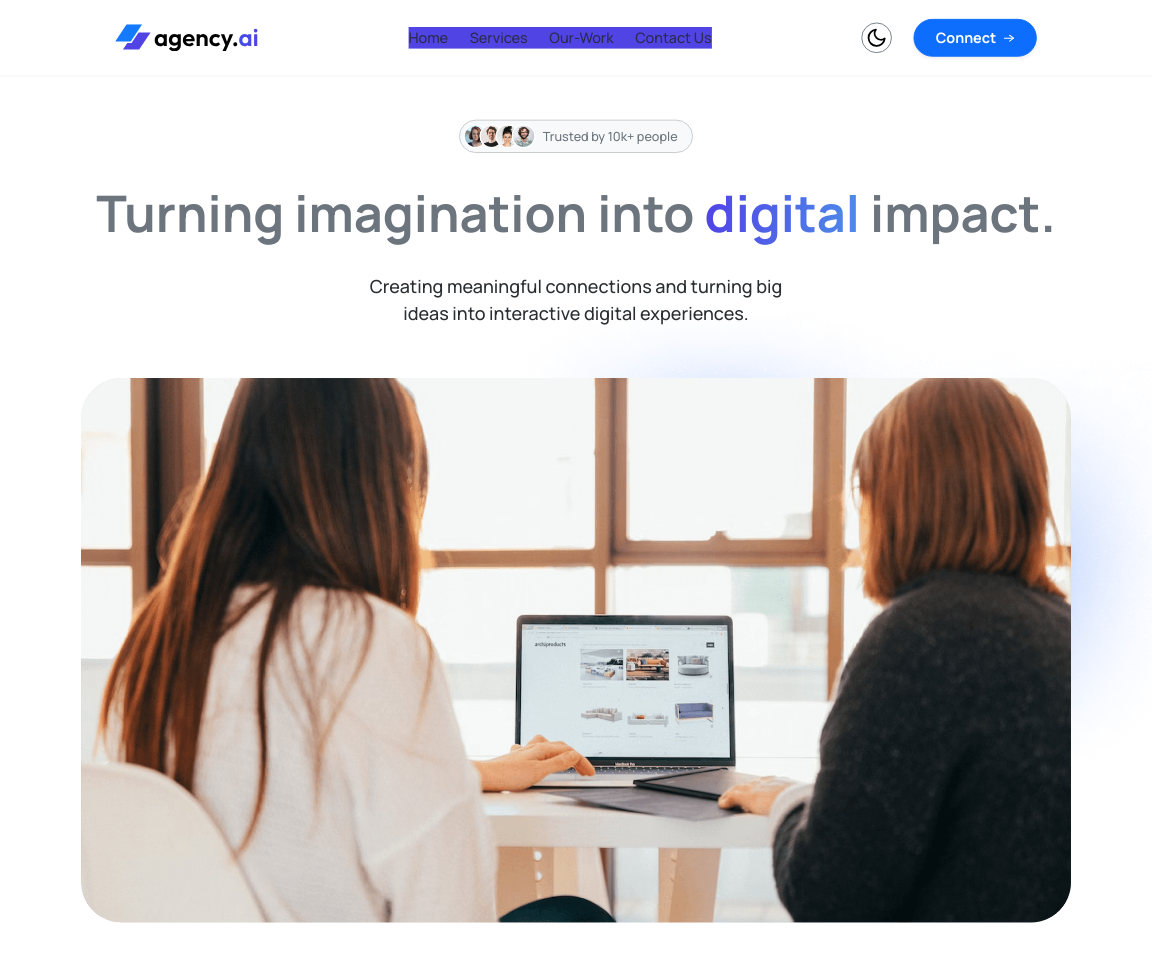
Repository: RAMADAN975/modern-agency-portfolio
Page: /
An editor plug-in stored every save of this project. The page is shown before and after the next save, followed by the edit.
The browser window is 1280 px wide. The pictures show the whole page, at 90% of full size.
The project was rebuilt for these pictures with package versions that can differ from the ones it lists, and the page was loaded fresh each time. Also part of the build but not shown: vite.config.js.

Above is the page before, as saved 2026-03-23 21:17:20.

### index.html
<!doctype html>
<html lang="en">

<head>
  <meta charset="UTF-8" />
  <link rel="icon" type="image/svg+xml" href="/favicon.svg" />
  <meta name="viewport" content="width=device-width, initial-scale=1.0" />
  <title>Agency.AI - GreatStack</title>
</head>

<body>
  <div id="root"></div>
  <script type="module" src="/src/main.jsx"></script>
</body>

</html>

### src/main.jsx
import { StrictMode } from 'react'
import { createRoot } from 'react-dom/client'
import 'bootstrap/dist/css/bootstrap.min.css';
import './index.css'
import App from './App.jsx'

createRoot(document.getElementById('root')).render(
  <StrictMode>
    <App />
  </StrictMode>,
)

### src/index.css
/* 1. الخطوط والأساسيات */
@import url('https://fonts.googleapis.com/css2?family=Josefin+Sans:wght@400;600&family=Manrope:wght@400;500;700&display=swap');

* {
  font-family: "Manrope", sans-serif;
  transition: background-color 0.3s ease, color 0.3s ease;
}

/* 2. تنسيق الـ Navbar العام */
.nav-container {
  padding-left: 5%;
  padding-right: 5%;
  height: 85px;
}

.blur-nav {
  backdrop-filter: blur(15px);
  -webkit-backdrop-filter: blur(15px);
  border-bottom: 1px solid rgba(150, 150, 150, 0.1);
}

/* ألوان الخلفية حسب الثيم (بوتستراب 5.3) */
[data-bs-theme="light"] .blur-nav {
  background-color: rgba(255, 255, 255, 0.85);
}

[data-bs-theme="dark"] .blur-nav {
  background-color: rgba(17, 24, 39, 0.85);
}

/* 3. اللوجو والروابط */
.logo-img {
  width: 8.5rem;
}

@media (min-width: 576px) {
  .logo-img {
    width: 10rem;
  }

  .nav-container {
    padding-left: 10%;
    padding-right: 10%;
  }
}

.nav-link-custom {
  font-weight: 500;
  opacity: 0.8;
  transition: 0.2s;
}

.nav-link-custom:hover {
  opacity: 1;
  color: #5044E5 !important;
}

/* 4. القائمة الجانبية للموبايل (Mobile Sidebar) */
@media (max-width: 575.98px) {
  .mobile-sidebar {
    position: fixed;
    top: 0;
    bottom: 0;
    right: 0;
    height: 100vh;
    z-index: 1050;
    background-color: #5044E5;
    /* لون الـ Primary */
    color: white !important;
    transition: width 0.4s cubic-bezier(0.4, 0, 0.2, 1);
    display: flex;
    flex-direction: column;
    padding-top: 6rem;
  }

  .sidebar-closed {
    width: 0;
    overflow: hidden;
    opacity: 0;
  }

  .sidebar-open {
    width: 260px;
    padding-left: 2.5rem;
    opacity: 1;
  }

  .mobile-sidebar a {
    color: white !important;
    font-size: 1.2rem;
  }
}

/* 1. تنسيق النص المتدرج (Gradient Text) */
.text-gradient {
  background: linear-gradient(to right, #5044E5, #4d8cea);
  -webkit-background-clip: text;
  -webkit-text-fill-color: transparent;
  background-clip: text;
}

/* 2. التحكم في عرض الفقرة الوصفية */
.custom-max-w {
  max-width: 80%;
}

@media (min-width: 576px) {
  .custom-max-w {
    max-width: 512px;
  }
}

/* 3. تنسيق صورة الخلفية المزخرفة (Decoration) */
.hero-bg-decor {
  top: 150px;
  right: -150px;
  z-index: -1;
  width: 600px;
}

@media (min-width: 768px) {
  .hero-bg-decor {
    top: -100px;
    right: -100px;
    width: 800px;
  }
}

/* 4. إخفاء العناصر في الوضع الليلي */
[data-bs-theme="dark"] .d-dark-none {
  display: none !important;
}

/* 5. لون النص في الوضع الليلي */
[data-bs-theme="dark"] .dark-text-white {
  color: white !important;
}

### src/App.jsx
import React, { useState } from 'react'
import Navbar from './Components/navbar'
import Hero from './Components/Hero'

const App = () => {

  const [theme, setTheme] = useState(localStorage.getItem('theme') ? localStorage.getItem('theme') : 'light')

  return (
    <div className='dark:bg-black relative'>
      <Navbar theme={theme} setTheme={setTheme} />
      <Hero />
    </div>
  )
}

export default App

### src/Components/navbar.jsx
import { useState } from 'react'
import assets from '../assets/assets'
import ThemeToggleBtn from './ThemeToggleBtn'

const Navbar = ({ theme, setTheme }) => {
    const [sidebarOpen, setSidebarOpen] = useState(false)

    return (
        <nav className="d-flex justify-content-between align-items-center w-100 sticky-top z-3 blur-nav nav-container">

            {/* اللوجو */}
            <img
                src={theme === 'dark' ? assets.logo_dark : assets.logo}
                className="logo-img"
                alt="Logo"
            />

            {/* القائمة (الروابط) - تتحول لـ Sidebar في الموبايل */}
            <div className={`d-flex flex-column flex-sm-row gap-3 gap-sm-4 align-items-sm-center mobile-sidebar ${!sidebarOpen ? 'sidebar-closed' : 'sidebar-open'}`}>

                {/* زر الإغلاق في الموبايل فقط */}
                <img
                    src={assets.close_icon}
                    alt="close"
                    className="d-sm-none position-absolute"
                    style={{ width: '20px', right: '20px', top: '20px', cursor: 'pointer' }}
                    onClick={() => setSidebarOpen(false)}
                />

                <a onClick={() => setSidebarOpen(false)} href="#" className="text-decoration-none text-reset nav-link-custom">Home</a>
                <a onClick={() => setSidebarOpen(false)} href="#services" className="text-decoration-none text-reset nav-link-custom">Services</a>
                <a onClick={() => setSidebarOpen(false)} href="#our-work" className="text-decoration-none text-reset nav-link-custom">Our-Work</a>
                <a onClick={() => setSidebarOpen(false)} href="#contact-us" className="text-decoration-none text-reset nav-link-custom">Contact Us</a>
            </div>

            {/* الأزرار اليمنى (Toggle + Connect) */}
            <div className="d-flex align-items-center gap-2 gap-sm-4">
                <ThemeToggleBtn theme={theme} setTheme={setTheme} />

                {/* أيقونة المنيو للموبايل */}
                <img
                    src={theme === 'dark' ? assets.menu_icon_dark : assets.menu_icon}
                    alt="menu"
                    onClick={() => setSidebarOpen(true)}
                    className="d-sm-none"
                    style={{ width: '30px', cursor: 'pointer' }}
                />

                <a href="#contact-us" className="btn btn-primary rounded-pill d-none d-sm-flex align-items-center gap-2 px-4 py-2 shadow-sm fw-bold">
                    Connect <img src={assets.arrow_icon} width={12} alt="" />
                </a>
            </div>
        </nav>
    )
}

export default Navbar

### src/Components/Hero.jsx
import React from 'react'
import assets from '../assets/assets'

const Hero = () => {
    return (
        <div id='hero' className="d-flex flex-column align-items-center gap-4 py-5 px-3 px-md-5 text-center w-100 overflow-hidden text-secondary dark-text-white hero-container">

            {/* Trusted Badge */}
            <div className="d-inline-flex align-items-center gap-2 border border-secondary-subtle p-1 pe-3 rounded-pill bg-body-tertiary">
                <img style={{ width: '80px' }} src={assets.group_profile} alt="Profiles" />
                <p className="mb-0 small fw-medium">Trusted by 10k+ people</p>
            </div>

            {/* Heading with Gradient */}
            <h1 className="display-4 fw-bold lh-sm mt-2">
                Turning imagination into <span className="text-gradient">digital</span> impact.
            </h1>

            {/* Description */}
            <p className="lead fw-medium text-secondary-emphasis mx-auto pb-3 custom-max-w">
                Creating meaningful connections and turning big ideas into interactive digital experiences.
            </p>

            {/* Hero Image Section */}
            <div className="position-relative w-100 d-flex justify-content-center">
                <img src={assets.hero_img} alt="Hero" className="img-fluid z-1" style={{ maxWidth: '1100px' }} />

                {/* Background Decor Image */}
                <img
                    src={assets.bgImage1}
                    alt=""
                    className="position-absolute hero-bg-decor d-dark-none"
                />
            </div>

        </div>
    )
}

export default Hero

### src/assets/assets.js
import logo from './logo.svg'
import arrow_icon from './arrow_icon.svg'
import group_profile from './group_profile.png'
import bgImage1 from './bgImage1.png'
import bgImage2 from './bgImage2.png'
import hero_img from './hero_img.png'
import microsoft_logo from './microsoft_logo.png'
import zoom_logo from './zoom_logo.png'
import rakuten_logo from './rakuten_logo.png'
import coinbase_logo from './coinbase_logo.png'
import ads_icon from './ads_icon.svg'
import content_icon from './content_icon.svg'
import marketing_icon from './marketing_icon.svg'
import social_icon from './social_icon.svg'
import menu_icon from './menu_icon.svg'
import close_icon from './close_icon.svg'
import work_mobile_app from './work_mobile_app.png'
import work_fitness_app from './work_fitness_app.png'
import work_dashboard_management from './work_dashboard_management.png'
import email_icon from './email_icon.svg'
import person_icon from './person_icon.svg'
import facebook_icon from './facebook_icon.svg'
import twitter_icon from './twitter_icon.svg'
import instagram_icon from './instagram_icon.svg'
import linkedin_icon from './linkedin_icon.svg'
import logo_dark from './logo_dark.svg'
import airbnb_logo from './airbnb_logo.svg'
import google_logo from './google_logo.svg'
import menu_icon_dark from './menu_icon_dark.svg'
import sun_icon from './sun_icon.svg'
import moon_icon from './moon_icon.svg'


export const company_logos = [
  microsoft_logo,
  zoom_logo,
  rakuten_logo,
  coinbase_logo,
  airbnb_logo,
  google_logo,
]

const assets = {
  logo,
  arrow_icon,
  group_profile,
  bgImage1,
  bgImage2,
  hero_img,
  ads_icon,
  content_icon,
  marketing_icon,
  social_icon,
  menu_icon,
  close_icon,
  work_mobile_app,
  work_fitness_app,
  work_dashboard_management,
  email_icon,
  person_icon,
  facebook_icon,
  twitter_icon,
  instagram_icon,
  linkedin_icon,
  logo_dark,
  menu_icon_dark,
  sun_icon,
  moon_icon
}

export default assets

export const teamData = [
  { name: 'Haley Carter', title: 'CEO & founder', image: 'https://images.unsplash.com/photo-1633332755192-727a05c4013d?q=80&w=200' },
  { name: 'James Walker', title: 'Ads manager', image: 'https://images.unsplash.com/photo-1535713875002-d1d0cf377fde?q=80&w=200' },
  { name: 'Jessica Morgan', title: 'Vice president', image: 'https://images.unsplash.com/photo-1438761681033-6461ffad8d80?q=80&w=200&h=200&auto=format&fit=crop' },
  { name: 'Ashley Bennett', title: 'Marketing & sales', image: 'https://randomuser.me/api/portraits/women/10.jpg' },
  { name: 'Emily Parker', title: 'Content marketer', image: 'https://randomuser.me/api/portraits/women/11.jpg' },
  { name: 'Ryan Mitchell', title: 'Content writer', image: 'https://randomuser.me/api/portraits/men/9.jpg' },
  { name: 'Megan Brooks', title: 'Performance manager', image: 'https://randomuser.me/api/portraits/women/12.jpg' },
  { name: 'Amber Foster', title: 'Senior writer', image: 'https://randomuser.me/api/portraits/women/14.jpg' },
]

### src/Components/ThemeToggleBtn.jsx
import { useEffect } from 'react'
import assets from '../assets/assets'

const ThemeToggleBtn = ({ theme, setTheme }) => {

    useEffect(() => {
        // التحقق من التفضيل المحفوظ أو تفضيل النظام
        const savedTheme = localStorage.getItem('theme');
        const prefersDarkMode = window.matchMedia('(prefers-color-scheme: dark)').matches;

        const initialTheme = savedTheme || (prefersDarkMode ? 'dark' : 'light');
        setTheme(initialTheme);
    }, []);

    useEffect(() => {
        if (theme) {
            // بوتستراب v5.3 يعتمد على سمة data-bs-theme بدلاً من كلاس dark
            document.documentElement.setAttribute('data-bs-theme', theme);

            // للحفاظ على التوافق مع أي تنسيقات قديمة تعتمد على الكلاس
            if (theme === 'dark') {
                document.documentElement.classList.add('dark');
            } else {
                document.documentElement.classList.remove('dark');
            }

            localStorage.setItem('theme', theme);
        }
    }, [theme]);

    return (
        <button className="btn p-0 border-0 shadow-none" type="button">
            {theme === 'dark' ? (
                <img
                    onClick={() => setTheme('light')}
                    src={assets.sun_icon}
                    className="border border-secondary rounded-circle p-1"
                    style={{ width: '34px', height: '34px', objectFit: 'contain' }}
                    alt="Light Mode"
                />
            ) : (
                <img
                    onClick={() => setTheme('dark')}
                    src={assets.moon_icon}
                    className="border border-secondary rounded-circle p-1"
                    style={{ width: '34px', height: '34px', objectFit: 'contain' }}
                    alt="Dark Mode"
                />
            )}
        </button>
    )
}

export default ThemeToggleBtn;

After the next save:
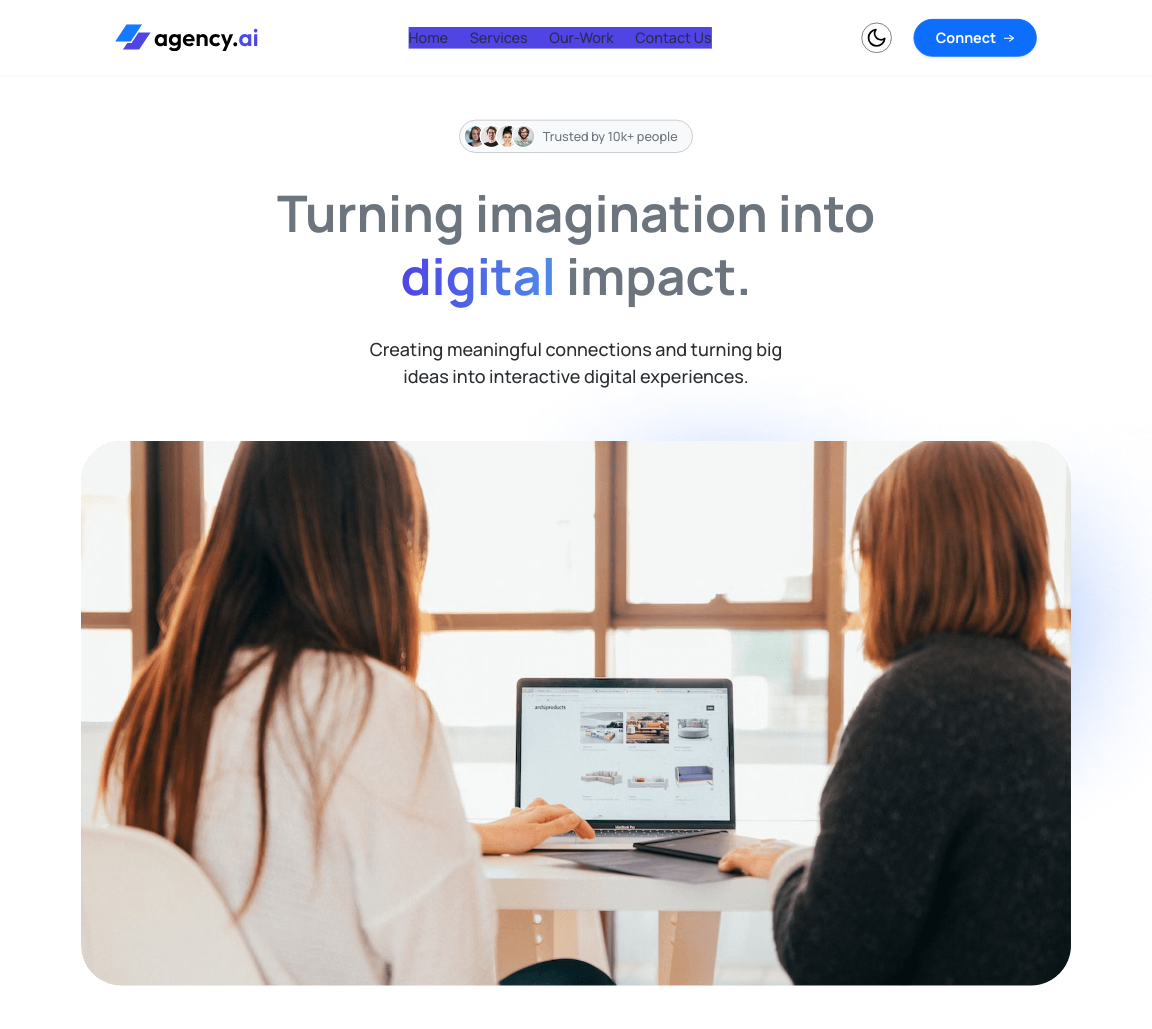
Saved 58 s later.
--- a/src/Components/Hero.jsx
+++ b/src/Components/Hero.jsx
@@ -13,7 +13,7 @@
 
             {/* Heading with Gradient */}
             <h1 className="display-4 fw-bold lh-sm mt-2">
-                Turning imagination into <span className="text-gradient">digital</span> impact.
+                Turning imagination into <br /><span className="text-gradient">digital</span> impact.
             </h1>
 
             {/* Description */}
